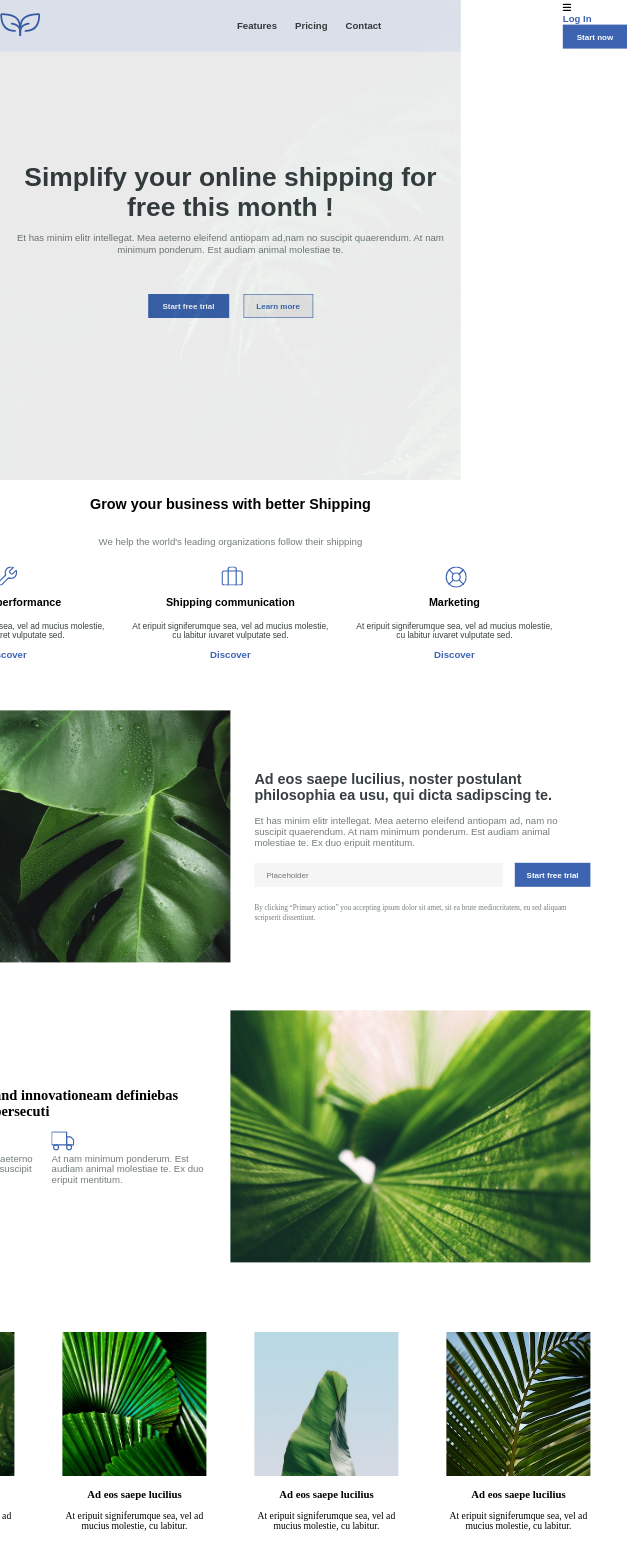
Repository: Mygit2001/LeTuSy_Test_Ecommage
Page: index.html
The author's editor kept a copy of each file at every save. The page is drawn from the files as they stood at one save, then again after the next save.
The browser window is 768 px wide. The page is 1045 px wide, so the pictures cover 1045 px, including what lies to the right of the window. The pictures show the whole page, at 60% of full size.
Some web fonts or font styles are not loaded; a fallback is used. Some web libraries are served in a nearby version.

Above is the page before, as saved 2023-02-15 22:28:08.

### index.html
<!DOCTYPE html>
<html lang="en">
  <head>
    <meta charset="UTF-8" />
    <meta http-equiv="X-UA-Compatible" content="IE=edge" />
    <meta name="viewport" content="width=device-width, initial-scale=1.0" />
    <link rel="stylesheet" href="./assets/css/base.css" />
    <link rel="stylesheet" href="./assets/css/index.css" />
    <link rel="stylesheet" href="./assets/js/index.js" />
    <link rel="stylesheet" href="./assets/css/responsive.css" />
    <link rel="preconnect" href="https://fonts.googleapis.com" />
    <link rel="preconnect" href="https://fonts.gstatic.com" crossorigin />
    <link href="https://fonts.google.com/specimen/Mulish" rel="stylesheet" />
    <link
      rel="stylesheet"
      href="https://cdnjs.cloudflare.com/ajax/libs/font-awesome/6.3.0/css/all.min.css"
      integrity="sha512-SzlrxWUlpfuzQ+pcUCosxcglQRNAq/DZjVsC0lE40xsADsfeQoEypE+enwcOiGjk/bSuGGKHEyjSoQ1zVisanQ=="
      crossorigin="anonymous"
      referrerpolicy="no-referrer"
    />
    <title>Ecommage test - Lê Tử Sỹ</title>
  </head>
  <body>
    <header>
      <nav class="navbar_header">
        <div class="logo navbar_header-item">
          <svg
            width="67"
            height="40"
            viewBox="0 0 67 40"
            fill="none"
            xmlns="http://www.w3.org/2000/svg"
          >
            <path
              d="M42.5147 30.5614C63.5719 30.5614 65.2682 12.6468 65.4038 4.13342C65.4051 3.90184 65.3598 3.67236 65.2708 3.45856C65.1818 3.24477 65.0508 3.051 64.8856 2.88873C64.7204 2.72646 64.5243 2.59898 64.3089 2.51384C64.0935 2.4287 63.8633 2.38762 63.6317 2.39305C33.7072 2.94264 33.7072 17.4504 33.7072 30.5614V37.6074"
              stroke="#3C64B1"
              stroke-width="3"
              stroke-linecap="round"
              stroke-linejoin="round"
            />
            <path
              d="M33.7072 30.5614C33.7072 30.5614 33.7072 19.9923 47.7992 18.2308"
              stroke="#3C64B1"
              stroke-width="3"
              stroke-linecap="round"
              stroke-linejoin="round"
            />
            <path
              d="M24.8891 30.5614C3.832 30.5614 2.13566 12.6468 2.00003 4.13342C1.99878 3.90184 2.04401 3.67236 2.13302 3.45856C2.22204 3.24477 2.35304 3.051 2.51827 2.88873C2.68349 2.72646 2.87959 2.59898 3.09496 2.51384C3.31033 2.4287 3.54058 2.38762 3.7721 2.39305C33.6967 2.94264 33.6967 17.4504 33.6967 30.5614V37.6074"
              stroke="#3C64B1"
              stroke-width="3"
              stroke-linecap="round"
              stroke-linejoin="round"
            />
            <path
              d="M33.6967 30.5614C33.6967 30.5614 33.6967 19.9923 19.6046 18.2308"
              stroke="#3C64B1"
              stroke-width="3"
              stroke-linecap="round"
              stroke-linejoin="round"
            />
          </svg>
        </div>
        <div class="navbar_header-item menu fw-600">
          <span>Features</span>
          <span>Pricing</span>
          <span>Contact</span>
        </div>
        <div class="navbar_header-item navitem-right">
          <span class="bar-icon" ><i class="fa-solid fa-bars"></i></span >
          <label class="fw-600">Log In</label>
          <button class="default-butn" style="width: 107px">Start now</button>
        </div>
      </nav>
    </header>
    <main class="container">
      <div class="main_intro">
        <div class="main_intro-content">
          <div class="main_intro-content-text">
            <span class="fw-700">Simplify your online shipping for </span>
            <span class="fw-700">free this month !</span>
            <p>
              Et has minim elitr intellegat. Mea aeterno eleifend antiopam
              ad,nam no suscipit quaerendum. At nam minimum ponderum. Est audiam
              animal molestiae te.
            </p>
          </div>
          <div class="main_intro-content-button">
            <button class="default-butn">Start free trial</button>
            <button class="default-butn2" style="">Learn more</button>
          </div>
        </div>
        <div class="main_intro-img"></div>
      </div>
      <div class="main_content">
        <div class="main_content-head">
          <div class="main_content-text">
            <h2>Grow your business with better Shipping</h2>
            <span
              >We help the world's leading organizations follow their
              shipping</span
            >
          </div>
          <div class="main_content-services">
            <div class="main_content-services-item">
              <div class="content_services-item-top">
                <div class="s-30">
                  <svg
                    width="33"
                    height="32"
                    viewBox="0 0 33 32"
                    fill="none"
                    xmlns="http://www.w3.org/2000/svg"
                  >
                    <path
                      d="M20.1376 7.79345C19.8484 8.08852 19.6864 8.48524 19.6864 8.89843C19.6864 9.31161 19.8484 9.70833 20.1376 10.0034L22.6633 12.5291C22.9584 12.8183 23.3551 12.9803 23.7683 12.9803C24.1814 12.9803 24.5782 12.8183 24.8732 12.5291L30.8243 6.57798C31.6181 8.33203 31.8584 10.2863 31.5133 12.1804C31.1682 14.0745 30.254 15.8185 28.8926 17.1799C27.5312 18.5412 25.7873 19.4554 23.8932 19.8005C21.9991 20.1456 20.0448 19.9053 18.2907 19.1115L7.38307 30.0192C6.75509 30.6472 5.90336 31 5.01527 31C4.12717 31 3.27544 30.6472 2.64746 30.0192C2.01948 29.3912 1.66669 28.5395 1.66669 27.6514C1.66669 26.7633 2.01948 25.9116 2.64746 25.2836L13.5551 14.3759C12.7614 12.6219 12.5211 10.6676 12.8662 8.77349C13.2113 6.87939 14.1254 5.13544 15.4868 3.77406C16.8482 2.41268 18.5922 1.49852 20.4863 1.15341C22.3804 0.808299 24.3347 1.04863 26.0887 1.84237L20.1534 7.77767L20.1376 7.79345Z"
                      stroke="#3C64B1"
                      stroke-width="2"
                      stroke-linecap="round"
                      stroke-linejoin="round"
                    />
                  </svg>
                </div>
                <div class="services-item-top-title fw-700">
                  Logistic performance
                </div>
                <span class="services-item-top-des"
                  >At eripuit signiferumque sea, vel ad mucius molestie, cu
                  labitur iuvaret vulputate sed.</span
                >
              </div>
              <div class="content_services-item-bot">
                <label class="services-item-bot-text fw-700">Discover</label>
              </div>
            </div>
            <div class="main_content-services-item">
              <div class="content_services-item-top">
                <div class="s-30">
                  <svg
                    width="36"
                    height="32"
                    viewBox="0 0 36 32"
                    fill="none"
                    xmlns="http://www.w3.org/2000/svg"
                  >
                    <path
                      d="M31.3334 7.66669H4.66671C2.82576 7.66669 1.33337 9.15907 1.33337 11V27.6667C1.33337 29.5076 2.82576 31 4.66671 31H31.3334C33.1743 31 34.6667 29.5076 34.6667 27.6667V11C34.6667 9.15907 33.1743 7.66669 31.3334 7.66669Z"
                      stroke="#3C64B1"
                      stroke-width="2"
                      stroke-linecap="round"
                      stroke-linejoin="round"
                    />
                    <path
                      d="M24.6667 31V4.33333C24.6667 3.44928 24.3155 2.60143 23.6904 1.97631C23.0653 1.35119 22.2174 1 21.3334 1H14.6667C13.7827 1 12.9348 1.35119 12.3097 1.97631C11.6846 2.60143 11.3334 3.44928 11.3334 4.33333V31"
                      stroke="#3C64B1"
                      stroke-width="2"
                      stroke-linecap="round"
                      stroke-linejoin="round"
                    />
                  </svg>
                </div>
                <div class="services-item-top-title fw-700">
                  Shipping communication
                </div>
                <span class="services-item-top-des"
                  >At eripuit signiferumque sea, vel ad mucius molestie, cu
                  labitur iuvaret vulputate sed.</span
                >
              </div>
              <div class="content_services-item-bot">
                <span class="services-item-bot-text fw-700">Discover</span>
              </div>
            </div>
            <div class="main_content-services-item">
              <div class="content_services-item-top">
                <div class="s-30">
                  <svg
                    width="36"
                    height="36"
                    viewBox="0 0 36 36"
                    fill="none"
                    xmlns="http://www.w3.org/2000/svg"
                  >
                    <path
                      d="M18.3334 34.3333C27.5382 34.3333 35.0001 26.8714 35.0001 17.6667C35.0001 8.46192 27.5382 1 18.3334 1C9.12867 1 1.66675 8.46192 1.66675 17.6667C1.66675 26.8714 9.12867 34.3333 18.3334 34.3333Z"
                      stroke="#3C64B1"
                      stroke-width="2"
                      stroke-linecap="round"
                      stroke-linejoin="round"
                    />
                    <path
                      d="M18.3334 24.3333C22.0153 24.3333 25.0001 21.3486 25.0001 17.6667C25.0001 13.9848 22.0153 11 18.3334 11C14.6515 11 11.6667 13.9848 11.6667 17.6667C11.6667 21.3486 14.6515 24.3333 18.3334 24.3333Z"
                      stroke="#3C64B1"
                      stroke-width="2"
                      stroke-linecap="round"
                      stroke-linejoin="round"
                    />
                    <path
                      d="M6.55005 5.8833L13.6167 12.95"
                      stroke="#3C64B1"
                      stroke-width="2"
                      stroke-linecap="round"
                      stroke-linejoin="round"
                    />
                    <path
                      d="M23.0502 22.3834L30.1168 29.4501"
                      stroke="#3C64B1"
                      stroke-width="2"
                      stroke-linecap="round"
                      stroke-linejoin="round"
                    />
                    <path
                      d="M23.0502 12.95L30.1168 5.8833"
                      stroke="#3C64B1"
                      stroke-width="2"
                      stroke-linecap="round"
                      stroke-linejoin="round"
                    />
                    <path
                      d="M23.0502 12.9499L28.9335 7.06659"
                      stroke="#3C64B1"
                      stroke-width="2"
                      stroke-linecap="round"
                      stroke-linejoin="round"
                    />
                    <path
                      d="M6.55005 29.4501L13.6167 22.3834"
                      stroke="#3C64B1"
                      stroke-width="2"
                      stroke-linecap="round"
                      stroke-linejoin="round"
                    />
                  </svg>
                </div>

                <div class="services-item-top-title fw-700">Marketing</div>
                <span class="services-item-top-des"
                  >At eripuit signiferumque sea, vel ad mucius molestie, cu
                  labitur iuvaret vulputate sed.</span
                >
              </div>
              <div class="content_services-item-bot">
                <span class="services-item-bot-text fw-700">Discover</span>
              </div>
            </div>
          </div>
        </div>
        <div class="main_content-block1 main_content-block">
          <div class="content_block1-img cus-bgImg"></div>
          <div class="content_block1-des">
            <div class="content_block1-text">
              <h2>
                Ad eos saepe lucilius, noster postulant philosophia ea usu, qui
                dicta sadipscing te.
              </h2>
              <p>
                Et has minim elitr intellegat. Mea aeterno eleifend antiopam ad,
                nam no suscipit quaerendum. At nam minimum ponderum. Est audiam
                animal molestiae te. Ex duo eripuit mentitum.
              </p>
            </div>
            <div class="content_block1-func">
              <div class="content_block1-func-bi">
                <input
                  type="text"
                  placeholder="Placeholder"
                  class="input-ctb1"
                />
                <button class="default-butn">Start free trial</button>
              </div>
              <div>
                <p class="block1-lt">
                  By clicking “Primary action” you accepting ipsum dolor sit
                  amet, sit ea brute mediocritatem, eu sed aliquam scripserit
                  dissentiunt.
                </p>
              </div>
            </div>
          </div>
        </div>
        <div class="main_content-block2 main_content-block">
          <div class="content_block2-des">
            <div class="content_block2-text">
              <h2>
                Fostering creativity and innovationeam definiebas reformidans,
                exerci persecuti
              </h2>
            </div>
            <div class="content_block2-wrap-item">
              <div class="content_block2-item">
                <div>
                  <svg
                    width="28"
                    height="32"
                    viewBox="0 0 28 32"
                    fill="none"
                    xmlns="http://www.w3.org/2000/svg"
                  >
                    <path
                      d="M26.8951 21.2487V9.29534C26.8945 8.77129 26.7562 8.2566 26.494 7.8029C26.2317 7.3492 25.8548 6.97244 25.4009 6.71042L14.9417 0.733736C14.4874 0.471454 13.9721 0.333374 13.4475 0.333374C12.923 0.333374 12.4077 0.471454 11.9534 0.733736L1.49417 6.71042C1.04034 6.97244 0.663382 7.3492 0.401127 7.8029C0.138872 8.2566 0.000537516 8.77129 0 9.29534V21.2487C0.000537516 21.7728 0.138872 22.2874 0.401127 22.7411C0.663382 23.1948 1.04034 23.5716 1.49417 23.8336L11.9534 29.8103C12.4077 30.0726 12.923 30.2107 13.4475 30.2107C13.9721 30.2107 14.4874 30.0726 14.9417 29.8103L25.4009 23.8336C25.8548 23.5716 26.2317 23.1948 26.494 22.7411C26.7562 22.2874 26.8945 21.7728 26.8951 21.2487Z"
                      stroke="#3C64B1"
                      stroke-width="2"
                      stroke-linecap="round"
                      stroke-linejoin="round"
                    />
                    <path
                      d="M0.403427 7.74158L13.4475 15.2871L26.4917 7.74158"
                      stroke="#3C64B1"
                      stroke-width="2"
                      stroke-linecap="round"
                      stroke-linejoin="round"
                    />
                    <path
                      d="M13.4475 30.3333V15.2721"
                      stroke="#3C64B1"
                      stroke-width="2"
                      stroke-linecap="round"
                      stroke-linejoin="round"
                    />
                  </svg>
                </div>
                <div class="content_block2-item-text">
                  has minim elitr intellegat. Mea aeterno eleifend antiopam ad,
                  nam no suscipit quaerendum.
                </div>
              </div>
              <div class="content_block2-item">
                <div>
                  <svg
                    width="38"
                    height="32"
                    viewBox="0 0 38 32"
                    fill="none"
                    xmlns="http://www.w3.org/2000/svg"
                  >
                    <path
                      d="M25 0.333374H0V22H25V0.333374Z"
                      stroke="#3C64B1"
                      stroke-width="2"
                      stroke-linecap="round"
                      stroke-linejoin="round"
                    />
                    <path
                      d="M25 8.66663H31.6666L36.6666 13.6666V21.9999H25V8.66663Z"
                      stroke="#3C64B1"
                      stroke-width="2"
                      stroke-linecap="round"
                      stroke-linejoin="round"
                    />
                    <path
                      d="M7.49997 30.3333C9.80116 30.3333 11.6666 28.4678 11.6666 26.1667C11.6666 23.8655 9.80116 22 7.49997 22C5.19879 22 3.33331 23.8655 3.33331 26.1667C3.33331 28.4678 5.19879 30.3333 7.49997 30.3333Z"
                      stroke="#3C64B1"
                      stroke-width="2"
                      stroke-linecap="round"
                      stroke-linejoin="round"
                    />
                    <path
                      d="M29.1666 30.3333C31.4678 30.3333 33.3333 28.4678 33.3333 26.1667C33.3333 23.8655 31.4678 22 29.1666 22C26.8654 22 25 23.8655 25 26.1667C25 28.4678 26.8654 30.3333 29.1666 30.3333Z"
                      stroke="#3C64B1"
                      stroke-width="2"
                      stroke-linecap="round"
                      stroke-linejoin="round"
                    />
                  </svg>
                </div>
                <div class="content_block2-item-text">
                  At nam minimum ponderum. Est audiam animal molestiae te. Ex
                  duo eripuit mentitum.
                </div>
              </div>
            </div>
          </div>
          <div class="content_block2-img cus-bgImg"></div>
        </div>
        <div class="main_content-foot">
          <div class="main_content-foot-item">
            <div class="content-foot-item-img1 wh-img-foot cus-bgImg"></div>
            <div class="content-foot-item-text">
              <span class="fw-700 fs-18">Ad eos saepe lucilius</span>
              <p>
                At eripuit signiferumque sea, vel ad mucius molestie, cu
                labitur.
              </p>
            </div>
          </div>
          <div class="main_content-foot-item">
            <div class="content-foot-item-img2 wh-img-foot cus-bgImg"></div>
            <div class="content-foot-item-text">
              <span class="fw-700 fs-18">Ad eos saepe lucilius</span>
              <p>
                At eripuit signiferumque sea, vel ad mucius molestie, cu
                labitur.
              </p>
            </div>
          </div>
          <div class="main_content-foot-item">
            <div class="content-foot-item-img3 wh-img-foot cus-bgImg"></div>
            <div class="content-foot-item-text">
              <span class="fw-700 fs-18">Ad eos saepe lucilius</span>
              <p>
                At eripuit signiferumque sea, vel ad mucius molestie, cu
                labitur.
              </p>
            </div>
          </div>
          <div class="main_content-foot-item">
            <div class="content-foot-item-img4 wh-img-foot cus-bgImg"></div>
            <div class="content-foot-item-text">
              <span class="fw-700 fs-18">Ad eos saepe lucilius</span>
              <p>
                At eripuit signiferumque sea, vel ad mucius molestie, cu
                labitur.
              </p>
            </div>
          </div>
        </div>
      </div>
    </main>
  </body>
</html>

### assets/css/base.css
body {
  padding: 0;
  margin: 0;
  box-sizing: border-box;
}
header {
}
.default-butn {
  text-align: center;
  padding: 10px 10px;
  width: 135px;
  height: 40px;
  color: #fff;
  font-family: "Mulish", sans-serif;
  outline: none;
  border: none;
  font-weight: 700;
  background-color: #3c64b1;
}
.default-butn2 {
  text-align: center;
  padding: 10px 20px;
  width: 116px;
  height: 40px;
  border: 1px solid #3c64b1;
  color: #3C64B1;
  font-weight: 600;
  font-family: "Mulish", sans-serif;
}
.s-30 {
    width: 30px;
    height: 30px;
}
.cus-bgImg {
  flex: none;
  flex-grow: 0;
  background-size: cover;
  background-repeat: no-repeat;
}
.fw-600 {
  font-weight: 600;
}
.fw-700 {
  font-weight: 700;
}
.fs-18 {
  font-size: 18px;
}

### assets/css/responsive.css
/* PC */
@media(min-width:64em){
    .bar-icon {
        display: none;
    }

}


/* mobile */
@media(max-width:46.1875em) {
    .row {
        display: block;
    }
    .col-sm-12 {
        width: 100%;
    }
    .col-sm-6 {
        width: 50%;
    }
    .menu,.navitem-right {
        display:none;
    }
}

/* Tablet */
@media(min-width:46.25em) and (max-width:63.9375em){


}

 /* mobile and tablet */
@media(max-width:63.9375em) {
    .bar-icon {
        display: block !important;
    }
    .navbar_header {
        width: 100%;
    }
    .container, .main_intro, .main_intro-content {
        width: auto;
    }
    .main_intro-content-text {
        font-size: 16px;
    }
}

Loaded but not shown: assets/css/index.css (308 lines, source omitted); assets/js/index.js (no stored copy; drawn as an empty file)

After the next save:
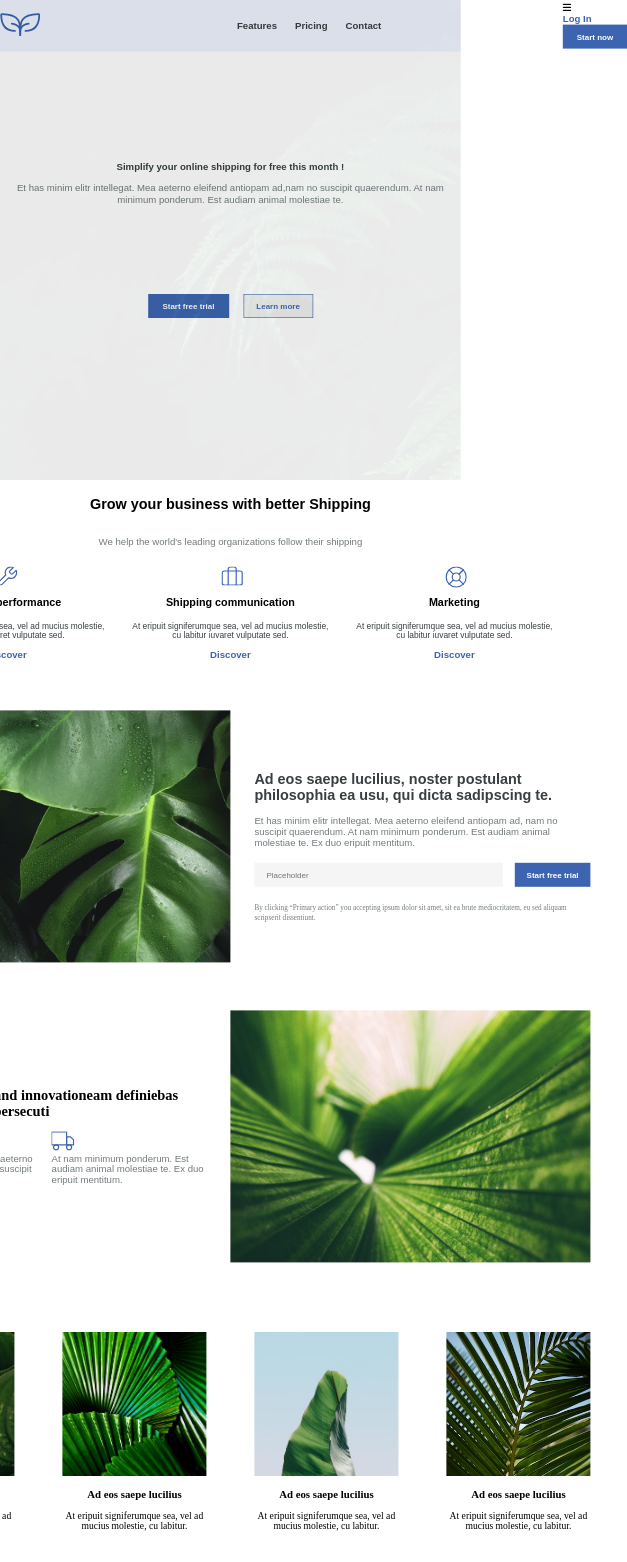
Saved 24 s later.
--- a/assets/css/responsive.css
+++ b/assets/css/responsive.css
@@ -40,7 +40,7 @@
     .container, .main_intro, .main_intro-content {
         width: auto;
     }
-    .main_intro-content-text {
+    .main_intro-content-text span{
         font-size: 16px;
     }
 }
